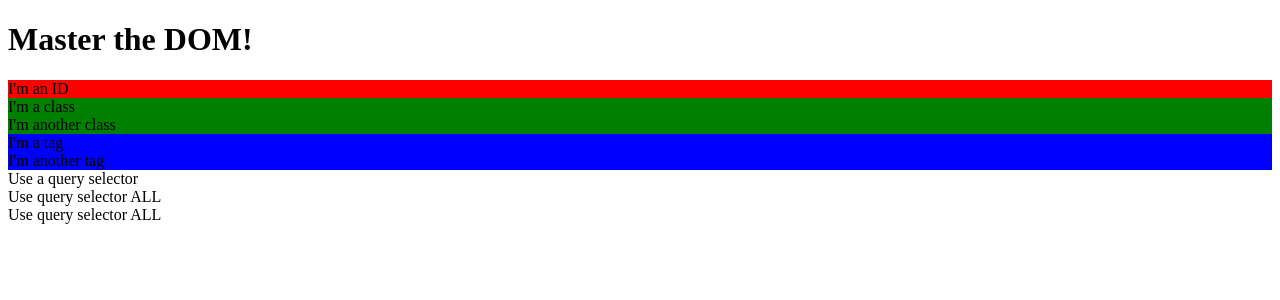
Repository: glgeorgiou/100-days-of-code-projects
Page: DOM Testing/1.html
An editor plug-in stored every save of this project. The page is shown before and after the next save, followed by the edit.
The browser window is 1280 px wide. The pictures show the whole page.

Above is the page before, as saved 2020-04-14 10:35:31.

### DOM Testing/1.html
<!DOCTYPE html>
<html lang="en">
<head>
  <title>Master the DOM!</title>
</head>
<body>
    <h1>Master the DOM!</h1>
    <div id="test">I'm an ID</div>
    <div class="test">I'm a class</div>
    <div class="test">I'm another class</div>
    <section>I'm a tag</section>
    <section>I'm another tag</section>
    <div id="test-query">Use a query selector</div>
    <div class="test-query-all">Use query selector ALL</div>
    <div class="test-query-all">Use query selector ALL</div>

    <script src="1.js"></script>
</body>
</html>

### DOM Testing/1.js
/** Using js to colorize DOM */

//First paragraph - id
testId = document.getElementById('test');
testId.style.backgroundColor = 'red'


//2nd paragraph - class
testClass = document.getElementsByClassName('test');
//Single element
//testClass[0].style.backgroundColor = 'green'
//Using for
for (i = 0; i < testClass.length; i++) {
    testClass[i].style.backgroundColor = 'green';
  }


  //By tag name
  testTag = document.getElementsByTagName('section');
for (i = 0; i < testTag.length; i++) {
    testTag[i].style.backgroundColor = 'blue';
}

After the next save:
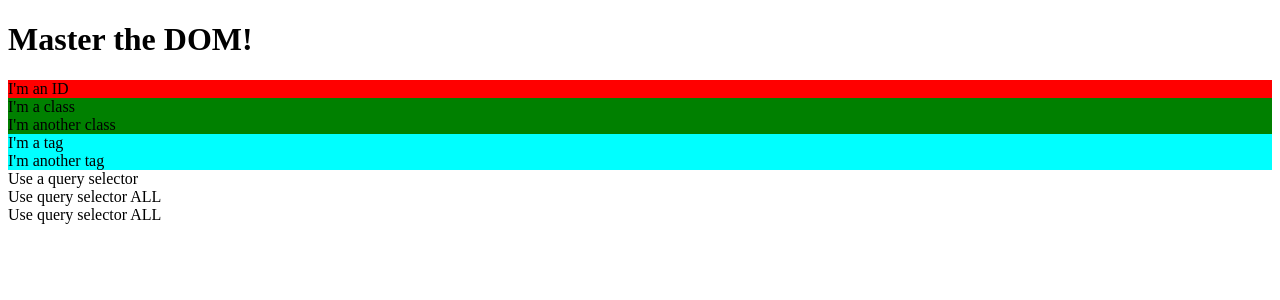
Saved 8 s later.
--- a/DOM Testing/1.js
+++ b/DOM Testing/1.js
@@ -18,5 +18,5 @@
   //By tag name
   testTag = document.getElementsByTagName('section');
 for (i = 0; i < testTag.length; i++) {
-    testTag[i].style.backgroundColor = 'blue';
+    testTag[i].style.backgroundColor = 'cyan';
 }
